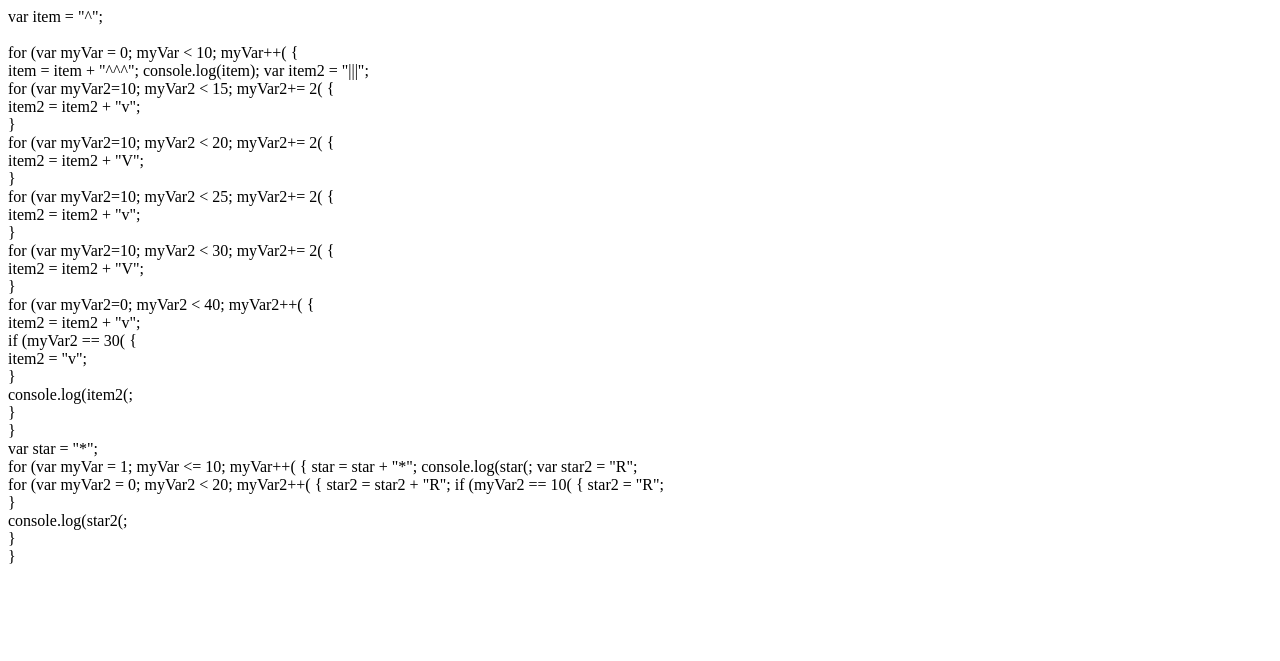
Repository: cbickhar/cbickhar.github.io
Page: project_3_js/index.html
The author's editor kept a record of every edit. The page is drawn from the files as they stood at one moment, then again after the next edit.
The browser window is 1280 px wide. The pictures show the whole page.

Above is the page before.

After the next edit:
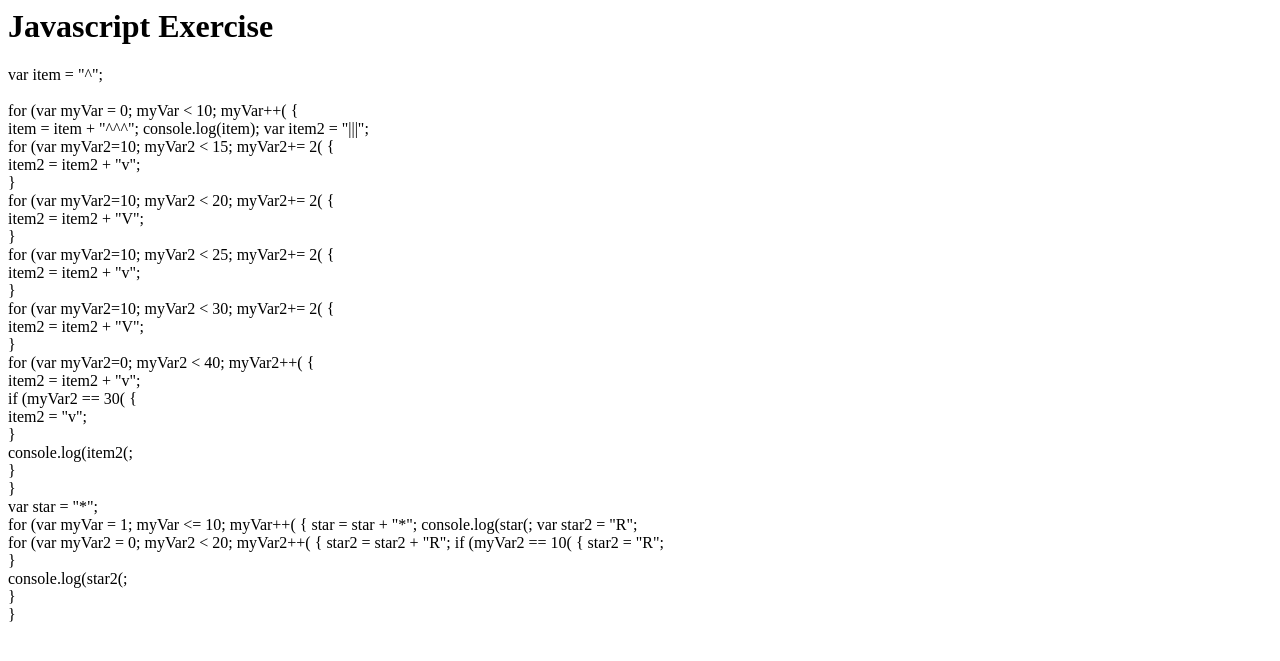
The edit:
--- a/project_3_js/index.html
+++ b/project_3_js/index.html
@@ -4,6 +4,8 @@
         <title>Javascript Pattern</title>
     </head>
     <body>
+
+<h1>Javascript Exercise</h1>
 
 var item &equals; "^";
 <br><br>
